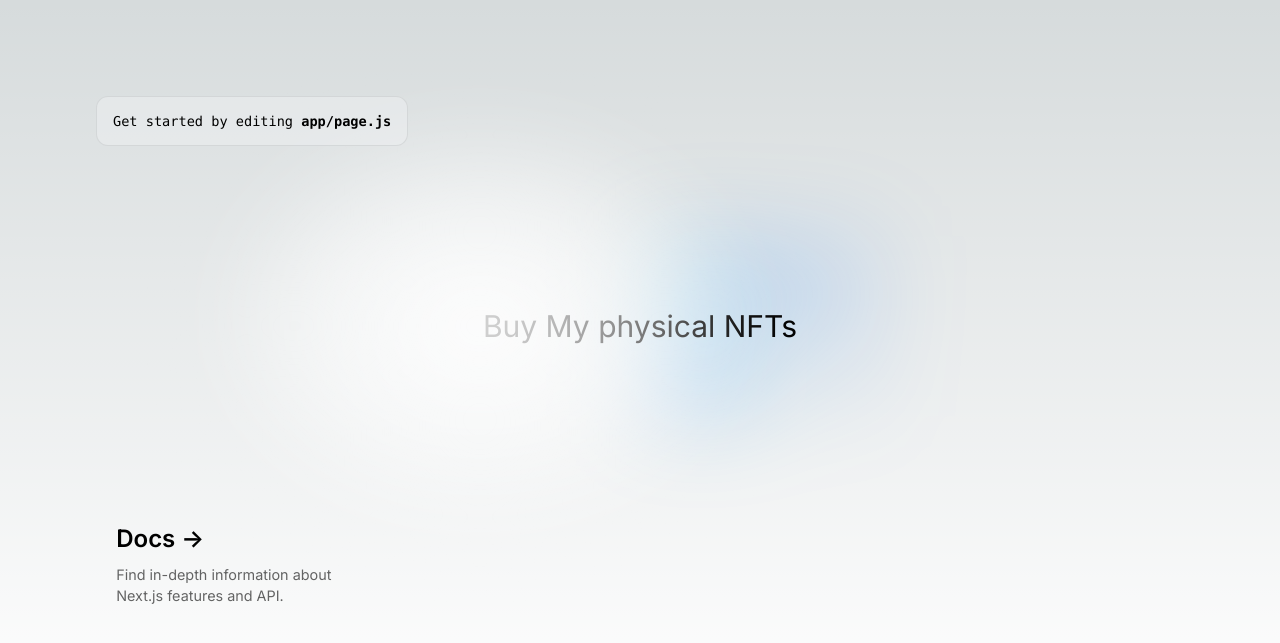
Repository: Seva2705/stripe-nextjs
Page: /
The author's editor kept a copy of each file at every save. The page is drawn from the files as they stood at one save, then again after the next save.
The browser window is 1280 px wide. The pictures show the whole page.
The project was rebuilt for these pictures with package versions that can differ from the ones it lists, and the page was loaded fresh each time. The framework's server and built-in components were replaced by stand-ins that run in the browser. Also part of the build but not shown: next.config.js.

Above is the page before, as saved 2023-10-31 22:48:37.

After the next save:
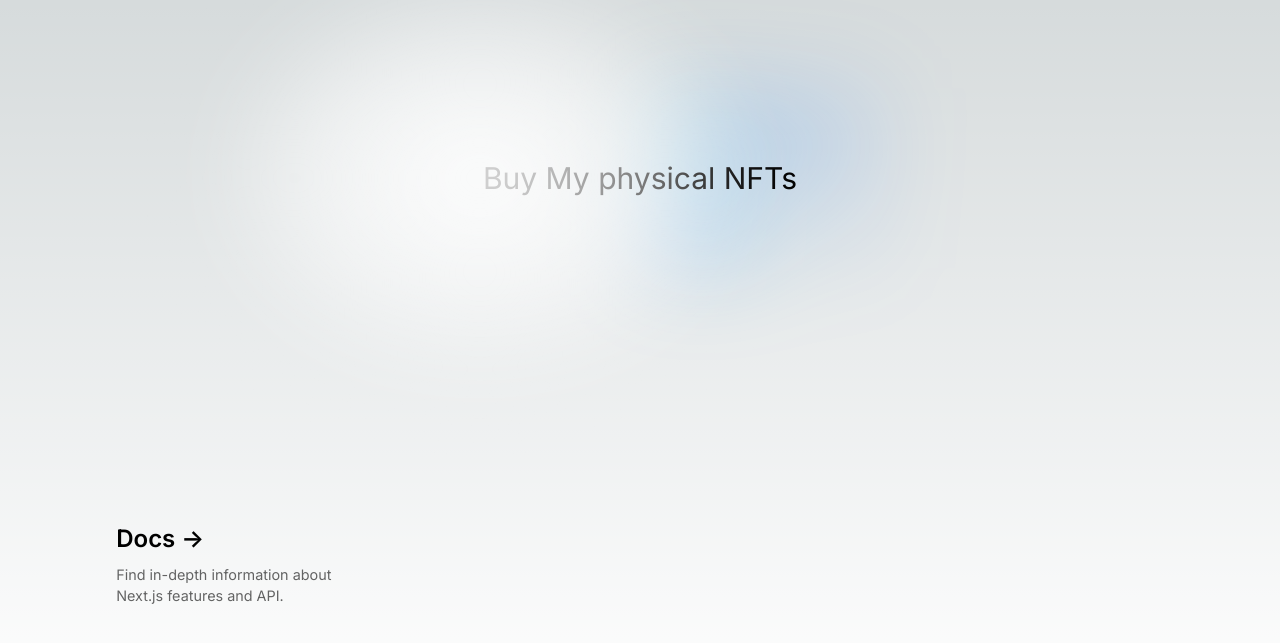
Saved 16 s later.
--- a/app/page.js
+++ b/app/page.js
@@ -4,15 +4,6 @@ import styles from './page.module.css'
 export default function Home() {
   return (
     <main className={styles.main}>
-      <div className={styles.description}>
-        <p>
-          Get started by editing&nbsp;
-          <code className={styles.code}>app/page.js</code>
-        </p>
-        <div>
-
-        </div>
-      </div>
 
       <div className={styles.center}>
 
